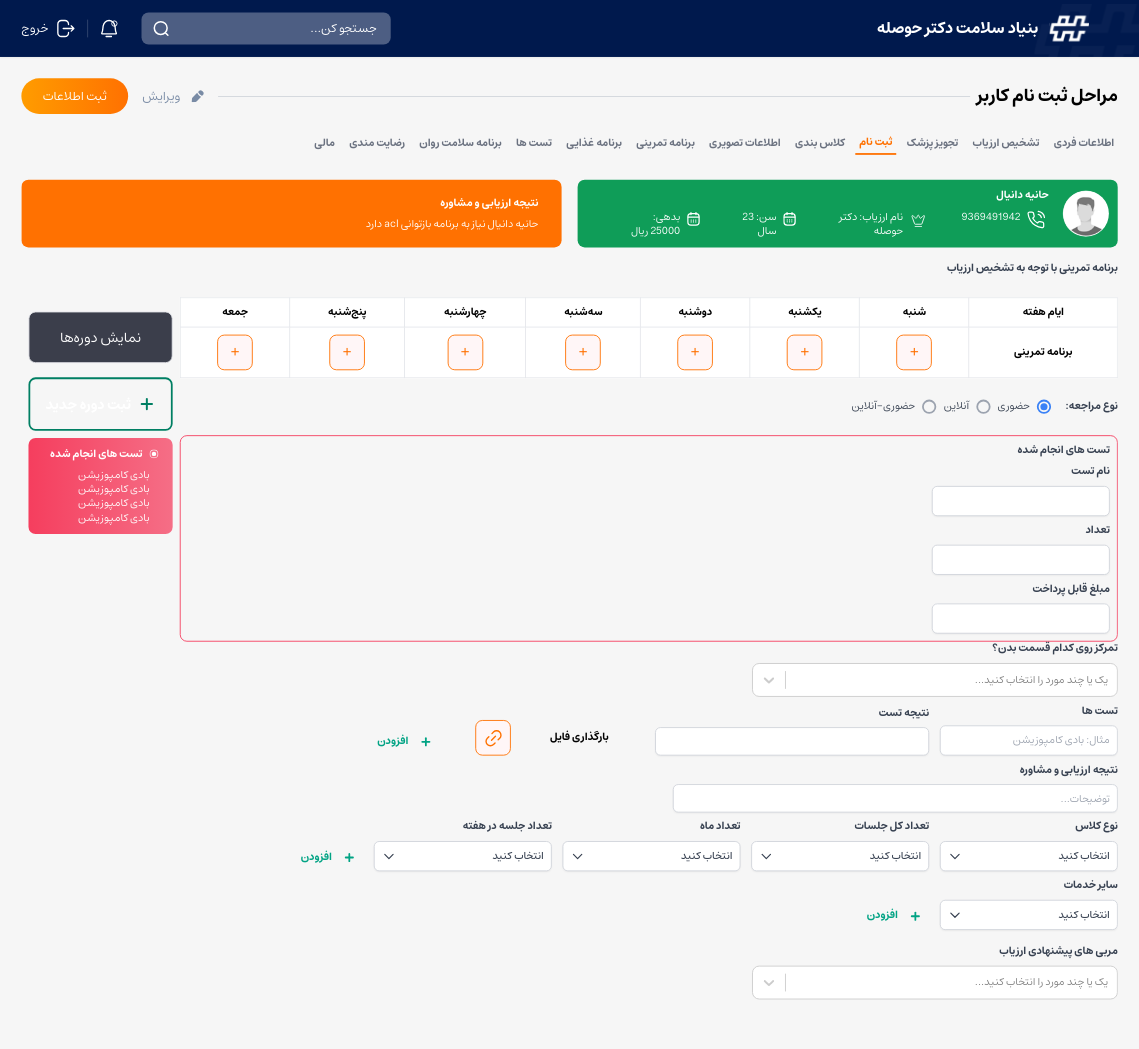
Repository: mirnajafi/ERP_hoseleh_V1.0
Page: /register, after clicking the first element matching `div.flex > :nth-child(4)`
The author's editor kept a copy of each file at every save. The page is drawn from the files as they stood at one save, then again after a run of saves.
The browser window is 1280 px wide. The pictures show the whole page, at 89% of full size.
Some web fonts or font styles are not loaded; a fallback is used. The project was rebuilt for these pictures with package versions that can differ from the ones it lists, and the page was loaded fresh each time. The framework's server and built-in components were replaced by stand-ins that run in the browser. Also part of the build but not shown: next.config.mjs, src/components/icons/trash.tsx, src/components/weekTable/weekTable.css, src/components/icons/copy.tsx, src/components/recognitionEvaluator/recognitionEvaluator.tsx.

Above is the page before, as saved 2025-02-28 23:49:32.

After the next 2 saves:
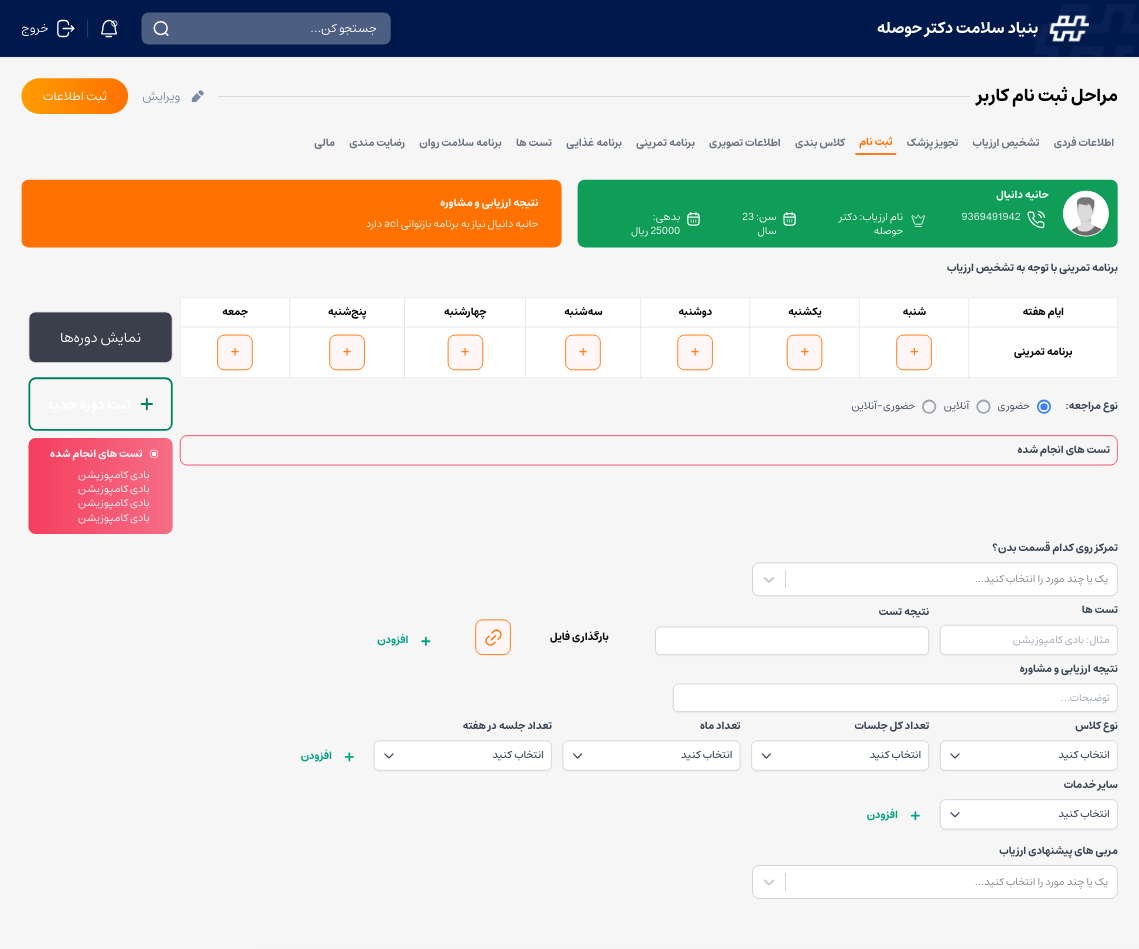
The 2 saves are shown as one change because they came seconds apart.
The last was saved 7 s later.
--- a/src/components/registration/registration.tsx
+++ b/src/components/registration/registration.tsx
@@ -84,28 +84,7 @@ const Registration = () => {
                     <div className="w-full xl:py-2 my-0  flex flex-col  border border-[#F53E5E] rounded-[8px] p-[8px]">
                         <label className="text-xs font-bold text-gray-700 ml-4">تست های انجام شده</label>
 
-                        <Input
-                            label="نام تست"
-                            type="text"
-                            value={''}
-                            onChange={() => { }}
-                            placeholder=""
-                        />
-                        <Input
-                            label="تعداد "
-                            type="text"
-                            value={''}
-                            onChange={() => { }}
-                            placeholder=""
-                        />
-
-                        <Input
-                            label="مبلغ قابل پرداخت"
-                            type="text"
-                            value={''}
-                            onChange={() => { }}
-                            placeholder=""
-                        />
+                      <div className=""></div>
                     </div>
                 </div>
 
